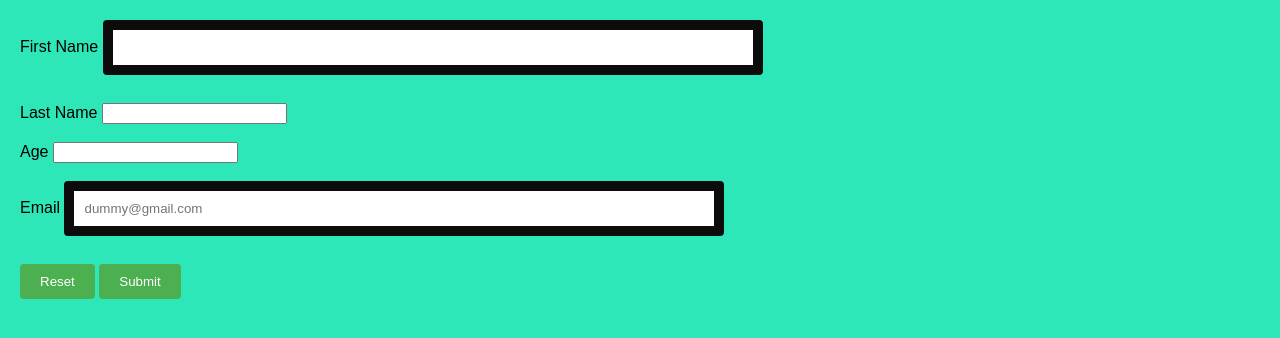
Repository: Haakim19/web-dev
Page: form.html
These files come from the project's save history. The page is drawn as it stood at one moment and after the next save; the edit follows.
The browser window is 1280 px wide. The pictures show the whole page.

Above is the page before, as saved 2024-06-02 16:14:37.

### form.html
<!DOCTYPE html>
<html lang="en">
<head>
    <meta charset="UTF-8">
    <meta name="viewport" content="width=device-width, initial-scale=1.0">
    <link rel="stylesheet" type = "text/css" href = "form.css">
    <title>Form</title>
</head>
<body>
    <form action="form.php" method = "POST">
       <div>
            <label for="fname">First Name</label>
            <input type="name" name = "fname" id = "fname" required>
       </div>

       <br>

        <div>
            <label for="lname">Last Name</label>
            <input type="text" name = "lname" id = "lname" required>

        </div>

        <br>

        <div>
            <label for="age">Age</label>
            <input type="number" name = "age" id = "age" min="0">

        </div>

        <br>

        <div>
            <label for="email">Email</label>
            <input type="email" name = "email" id = "email" required placeholder="dummy@gmail.com">

        </div>


        <br>

        <input type="reset" value = "Reset">
        <input type="submit" value = "Submit">

    </form>
</body>
</html>

### form.css
body {
    font-family: Arial, Helvetica, sans-serif, sans-serif;
    background-color: #2ee7b9;
    margin: 10px;
    padding: 10px;
}
/* Reset default form styles */
form {
    margin: 0;
    padding: 0;

}

/* Style form elements */
input[type="name"],
input[type="email"],
input[type="password"],
textarea {

    width: 50%;
    padding: 10px;
    margin-bottom: 10px;
    border: 10px solid #0d0c0c;
    border-radius: 4px;
}

input[type="submit"] {
    background-color: #4CAF50;
    color: white;
    padding: 10px 20px;
    border: none;
    border-radius: 4px;
    cursor: pointer;
}

input[type="submit"]:hover {
    background-color: #f7f7f7;
}
input[type = "reset"] {
    background-color: #4CAF50;
    color: white;
    padding: 10px 20px;
    border: none;
    border-radius: 4px;
    cursor: pointer;
}

input [type = "reset"]:hover {
    background-color: #f9f9f9;
}

After the next save:
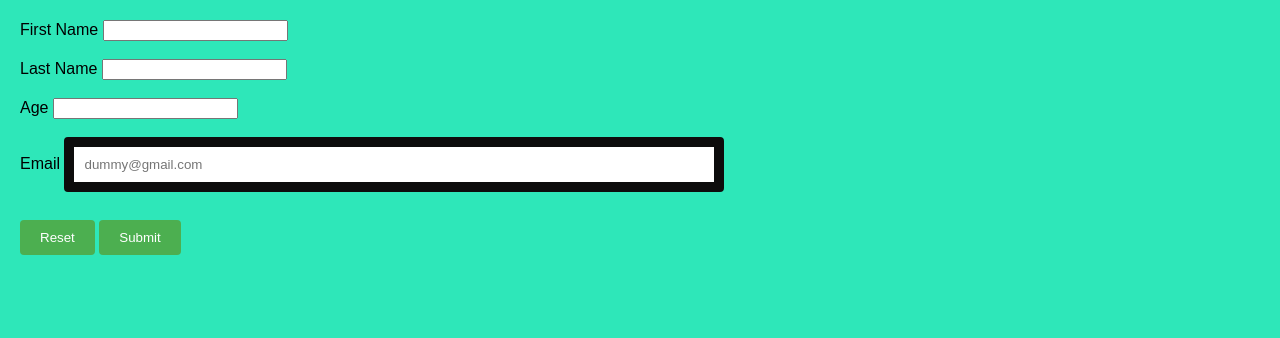
Saved 54 s later.
--- a/form.css
+++ b/form.css
@@ -12,9 +12,10 @@ form {
 }
 
 /* Style form elements */
-input[type="name"],
+input[type="fname"],
+input[type="lname"],
 input[type="email"],
-input[type="password"],
+input[type="age"],
 textarea {
 
     width: 50%;
